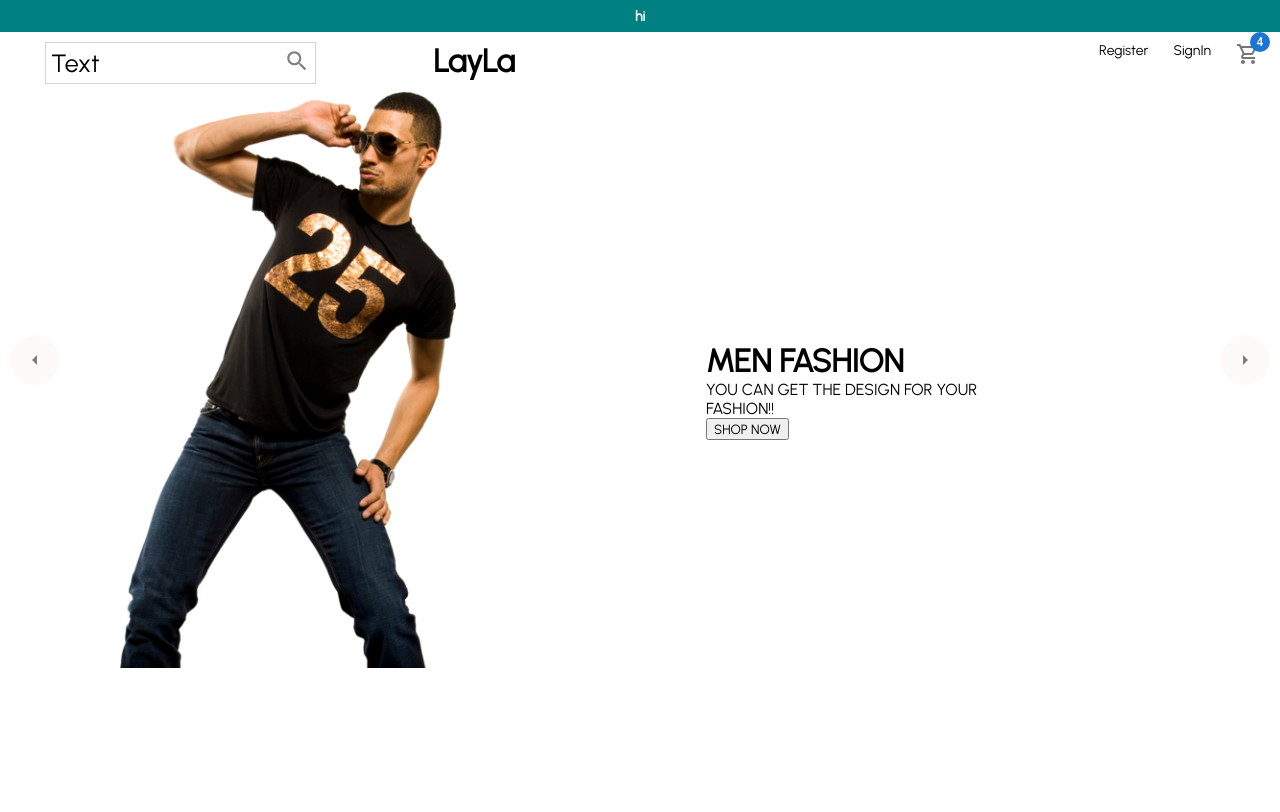
Repository: WaiMaungMaung/React_Ecom
Page: /
The author's editor kept a copy of each file at every save. The page is drawn from the files as they stood at one save, then again after the next save.
The browser window is 1280 px wide. The pictures show the whole page.
The project was rebuilt for these pictures with package versions that can differ from the ones it lists, and the page was loaded fresh each time.

Above is the page before, as saved 2022-05-06 13:39:50.

### public/index.html
<!DOCTYPE html>
<html lang="en">
  <head>
    <meta charset="utf-8" />
    <link rel="icon" href="%PUBLIC_URL%/favicon.ico" />

    <link
      href="https://fonts.googleapis.com/css2?family=Urbanist&display=swap"
      rel="stylesheet"
    />

    <style>
      * {
        margin: 0;
        font-family: "Urbanist", sans-serif;
      }
    </style>
    <title>React App</title>
  </head>
  <body>
    <noscript>You need to enable JavaScript to run this app.</noscript>
    <div id="root"></div>
  </body>
</html>

### src/pages/Home.jsx
import React from "react";
import Announcements from "../components/Announcements";
import NavBar from "../components/NavBar";
import Slider from "../components/Slider";
const Home = () => {
  return (
    <div>
      <Announcements />

      <NavBar />
      <Slider />
    </div>
  );
};

export default Home;

### src/components/Announcements.jsx
import styled from "@emotion/styled";
const Container = styled.div`
  background-color: teal;
  height: 32px;
  display: flex;
  align-items: center;
  justify-content: center;
  color: white;
  font-size: 14px;
  font-weight: bold;
`;

const Announcements = () => {
  return <Container>hi</Container>;
};

export default Announcements;

### src/components/NavBar.jsx
import { Search, ShoppingCartOutlined } from "@material-ui/icons";
import React from "react";
import styled from "styled-components";
import { Badge } from "@mui/material";
const Container = styled.div`
  height: 60px;
`;

const Wrapper = styled.div`
  padding: 10px 20px;
  align-item: center;
  display: flex;
  justify-content: space-between;
`;

const SearchContainer = styled.div`
  border: 0.5px solid lightgray;
  margin-left: 25px;
  display: flex;
  align-item: center;
  padding: 5px;
`;
const Input = styled.input`
  border: none;
  margin-left: 20px;
  font-size: 14px;
`;

const Language = styled.span`
  font-size: 25px;
  cursor: pointer;
`;
const Left = styled.div`
  flex: 1;
  display: flex;
`;

const Center = styled.div`
  flex: 1;
`;

const Logo = styled.h1`
  font-weight: bold;
`;

const MenuItem = styled.div`
  font-size: 14px;
  cursor: pointer;
  align-item: center;
  margin-left: 25px;
`;
const Right = styled.div`
  flex: 1;
  display: flex;
  align-item: center;
  justify-content: flex-end;
`;
const NavBar = () => {
  return (
    <Container>
      <Wrapper>
        <Left>
          <SearchContainer>
            <Language>Text</Language>
            <Input />
            <Search style={{ color: "grey", fontSize: "26px" }} />
          </SearchContainer>
        </Left>
        <Center>
          <Logo>LayLa</Logo>
        </Center>
        <Right>
          <MenuItem>Register</MenuItem>
          <MenuItem>SignIn</MenuItem>

          <MenuItem>
            <Badge badgeContent={4} color="primary">
              <ShoppingCartOutlined color="action" />
            </Badge>
          </MenuItem>
        </Right>
      </Wrapper>
    </Container>
  );
};

export default NavBar;

### src/components/Slider.jsx
import styled from "@emotion/styled";
import { ArrowLeftOutlined, ArrowRightOutlined } from "@material-ui/icons";
import React from "react";
import Clothes from "../img/clothes.png";
const Container = styled.div`
  width: 100%;
  height: 100vh;
  display: flex;
`;
const Arrow = styled.div`
  width: 50px;
  height: 50px;
  background-color: #fff7f7;
  border-radius: 50%;
  display: flex;
  align-items: center;
  justify-content: center;
  position: absolute;
  top: 0;
  bottom: 0;
  margin: auto;
  cursor: pointer;
  opacity: 0.5;
  left: ${(props) => props.direction === "left" && "10px"};
  right: ${(props) => props.direction === "right" && "10px"};
`;
const Slide = styled.div`
  display: flex;
  height: 100vh;
  width: 100vw;
  align-item: center;
`;

const Image = styled.img`
  height: 80%;
`;
const ImgContainer = styled.div`
  height: 100%;
  margin-left: 120px;
  flex: 1;
`;
const Wrapper = styled.div`
  height: 100%;
`;
const InfoContainer = styled.div`
  flex: 1;
  padding: 250px;
`;

const Title = styled.h1``;
const Desc = styled.p``;
const Button = styled.button``;
const Slider = () => {
  return (
    <Container>
      <Arrow direction="left">
        <ArrowLeftOutlined />
      </Arrow>
      <Wrapper>
        <Slide>
          <ImgContainer>
            <Image src={Clothes} />
          </ImgContainer>
          <InfoContainer>
            <Title>MEN FASHION</Title>
            <Desc>YOU CAN GET THE DESIGN FOR YOUR FASHION!!</Desc>
            <Button>SHOP NOW</Button>
          </InfoContainer>
        </Slide>
      </Wrapper>

      <Arrow direction="right">
        <ArrowRightOutlined />
      </Arrow>
    </Container>
  );
};

export default Slider;

Loaded but not shown: src/index.js (common file); src/App.js (common file)

After the next save:
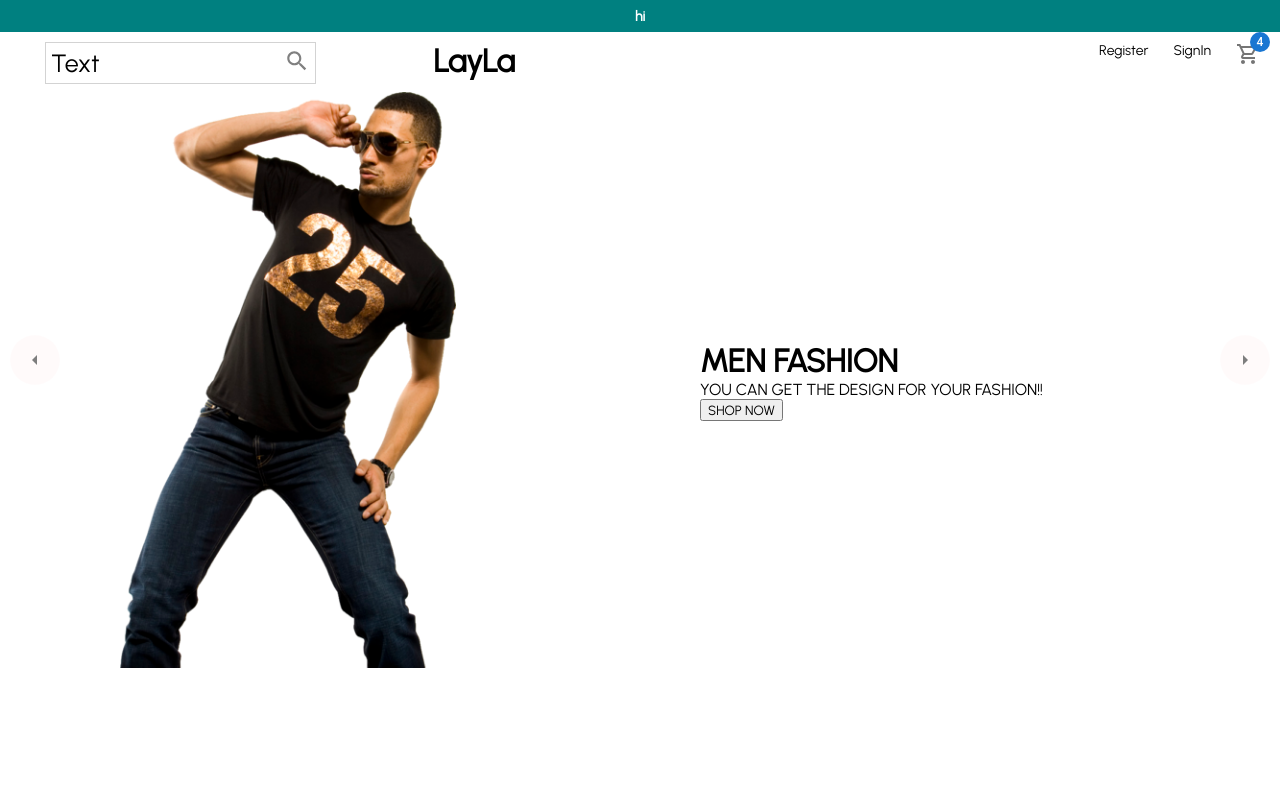
Saved 10 s later.
--- a/src/components/Slider.jsx
+++ b/src/components/Slider.jsx
@@ -44,7 +44,7 @@ const Wrapper = styled.div`
 `;
 const InfoContainer = styled.div`
   flex: 1;
-  padding: 250px;
+  padding-top: 250px;
 `;
 
 const Title = styled.h1``;
